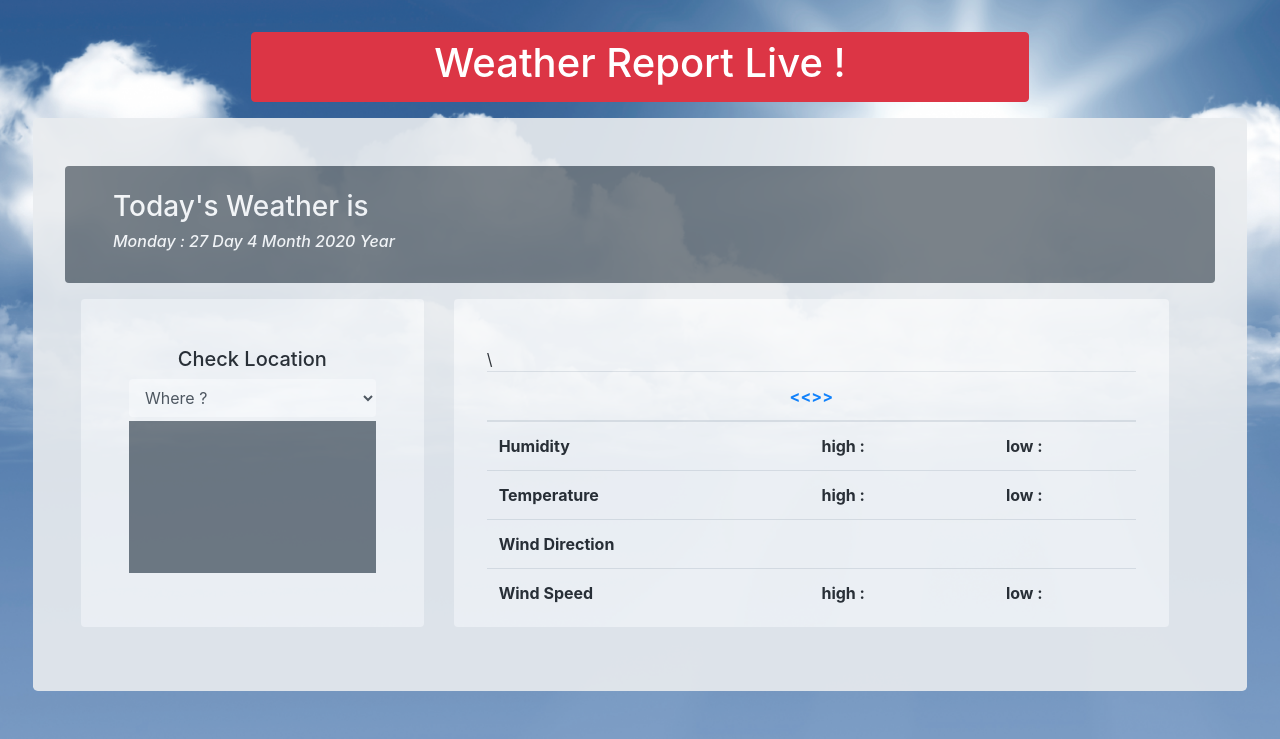
Repository: Code-Institute-Submissions/projectchen88-weatherForecast
Page: index.html
The author's editor kept a record of every edit. The page is drawn from the files as they stood at one moment, then again after the next edit.
The browser window is 1280 px wide. The pictures show the whole page.
The page's requests for data from a server got no answer.

Above is the page before.
Console error (its wording comes from the project's code and is left out).

### index.html
<!doctype html>
<html lang="en">

<head>
    <!-- Required meta tags -->
    <meta charset="utf-8">
    <meta name="viewport" content="width=device-width, initial-scale=1, shrink-to-fit=no">
    <!--AXIOS link-->
    <script src="https://unpkg.com/axios/dist/axios.min.js"></script>
    <!-- Bootstrap CSS -->
    <link rel="stylesheet" href="https://stackpath.bootstrapcdn.com/bootstrap/4.4.1/css/bootstrap.min.css" integrity="sha384-Vkoo8x4CGsO3+Hhxv8T/Q5PaXtkKtu6ug5TOeNV6gBiFeWPGFN9MuhOf23Q9Ifjh" crossorigin="anonymous">
    <!--Font Awesome-->
    <link rel="stylesheet" href="https://cdnjs.cloudflare.com/ajax/libs/font-awesome/4.7.0/css/font-awesome.min.css">
    <!--Custom CSS-->
    <link rel="stylesheet" href="styles/style.css" type="text/css" />
    <title>Hello, world!</title>
</head>

<body>
    <main id='main-page' class='container-fluid px-5 py-3'>
        <!--Header-->
        <div class="row">
            <div class="col-md-8 col-12 p-3 mx-auto">
                <span class='btn btn-danger w-100'><h1>Weather Report Live ! </h1></span>
            </div>
        </div>

        <!--Current Weather -->
        <div class="row jumbotron py-5">
            <div class="col-12 px-5 py-4 bg-secondary text-light rounded">
                <h3>Today's Weather is <span id='status'></span></h3>
                <h6 id='dateToday' class='font-italic'></h6>
            </div>
            <div id='display-section' class="col-12 p-3">
                <div class="box row">
                    <!--Check and display weather of location selected-->
                    <div class="box col-md-4 col-12 mx-auto text-center">
                        <div class="box p-5 bg-light rounded">
                            <h5>Check Location</h5>
                            <div>
                                <select class='form-control border-0' id="select">
                                    <option>Where ?</option>
                                </select>
                            </div>
                            <div class='mt-1 p-2 bg-secondary'>
                                <!--<p id='weather' class='font-bolder text-light'></p>   -->
                                <p class='p-5 bg-secondary text-light rounded font-weight-bolder' id='weather'>&nbsp</p>

                            </div>
                        </div>
                    </div>

                    <!--Display 4 days forecast-->
                    <div class="box col-md-8 col-12 mx-auto text-center">
                        <div class="box p-5 bg-light rounded">
                            <div class='display-box'>
                                <div class="row">
                                    <!--<div class="col-5">-->
                                        <!--<h5>Forecast for date :</h5>-->
                                        <!--<div class='d-flex justify-content-center'>-->
                                        <!--    <div class='d-flex'>-->
                                        <!--            <div id='next-day' class='text-primary'> << &nbsp</div>-->
                                        <!--            <h5 id='forecast-title'> </h5>-->
                                        <!--            <div id='next-day' class='text-primary'> &nbsp >> </div>-->
                                        <!--    </div>-->
                                        <!--    <div>-->
                                        <!--        <p class='p-5 bg-secondary text-light rounded font-weight-bolder' id='forecast'></p>-->
                                        <!--    </div>-->
                                        <!--</div>-->
                                        <!--<div class="col-7">-->
                                            <table class='table table-stripe '>
                                                <thead>
                                                    <tr>
                                                        <th colspan='5'>
                                                            <div class='d-flex justify-content-center'>
                                                            <div id='prev-day' class='text-primary'> << </div>
                                                            <span id='forecast-title'></span>
                                                            <div id='next-day' class='text-primary'> >> </div>
                                                            </div>
                                                        </th>
\                                                    </tr>
                                                </thead>
                                                <tbody>
                                                    <tr>
                                                        <th class='text-left'>Humidity</th>
                                                        <th>high :</th>
                                                        <td id='humidity-high'></td>
                                                        <th>low :</th>
                                                        <td id='humidity-low'></td>
                                                    </tr>
                                                    <tr>
                                                        <th class='text-left'>Temperature</th>
                                                        <th>high :</th>
                                                        <td id='temperature-high'></td>
                                                        <th>low :</th>
                                                        <td id='temperature-low'></td>
                                                    </tr>
                                                    <tr>
                                                        <th class='text-left'>Wind Direction</th>
                                                        <td id='wind-direction' colspan='4'></td>
                                                    </tr>
                                                    <tr>
                                                        <th class='text-left'>Wind Speed</th>
                                                        <th>high :</th>
                                                        <td id='wind-speed-high'></td>
                                                        <th>low :</th>
                                                        <td id='wind-speed-low'></td>
                                                    </tr>
                                                </tbody>

                                            </table>

                                        <!--</div>-->

                                    <!--</div>-->
                                </div>
                            </div>
                        </div>


                    </div>
                </div>
            </div>


    </main>


    <!-- Optional JavaScript -->
    <!-- jQuery first, then Popper.js, then Bootstrap JS -->
    <script src="https://code.jquery.com/jquery-3.4.1.js" integrity="sha256-WpOohJOqMqqyKL9FccASB9O0KwACQJpFTUBLTYOVvVU=" crossorigin="anonymous"></script>
    <script src="https://cdn.jsdelivr.net/npm/popper.js@1.16.0/dist/umd/popper.min.js" integrity="sha384-Q6E9RHvbIyZFJoft+2mJbHaEWldlvI9IOYy5n3zV9zzTtmI3UksdQRVvoxMfooAo" crossorigin="anonymous"></script>
    <script src="https://stackpath.bootstrapcdn.com/bootstrap/4.4.1/js/bootstrap.min.js" integrity="sha384-wfSDF2E50Y2D1uUdj0O3uMBJnjuUD4Ih7YwaYd1iqfktj0Uod8GCExl3Og8ifwB6" crossorigin="anonymous"></script>
    <!--Custom JS script-->
    <script type="text/javascript" src="scripts/script.js"></script>
</body>

</html>

### scripts/script.js
/*  global $ axios */

var source1 = "https://api.data.gov.sg/v1/environment/2-hour-weather-forecast"
var source2 = "https://api.data.gov.sg/v1/environment/4-day-weather-forecast"
var forecastData =[]
var tempData =[]
var option =[]
var status


//AXIO TO GET DATA FROM JSON FILE (local)
function getForecast(callback) {
  axios.get(source1)
    .then(function(response) {
      let result = response.data;
      console.log(result)
      callback(result)
    })
}
function getTemp(callback) {
  axios.get(source2)
    .then(function(response) {
      let result = response.data.items[0].forecasts;
      console.log(result)
      callback(result)
    })
}
function displayDailyForecast( day ) {
  document.getElementById("forecast-title").innerHTML="Weather Forecast for date : " +tempData[day].date
  document.getElementById("forecast").innerHTML=tempData[day].forecast
  document.getElementById("humidity-high").innerHTML=tempData[day].relative_humidity.high
  document.getElementById("humidity-low").innerHTML=tempData[day].relative_humidity.low
  document.getElementById("temperature-high").innerHTML=tempData[day].temperature.high
  document.getElementById("temperature-low").innerHTML=tempData[day].temperature.low
  document.getElementById("wind-direction").innerHTML="The wind will be blowing in the "+tempData[day].wind.direction+" direction"
  document.getElementById("wind-speed-high").innerHTML=tempData[day].wind.speed.high
  document.getElementById("wind-speed-low").innerHTML=tempData[day].wind.speed.low

}
getTemp(function(data){
  tempData = data;
  tempData.count = 0 // tracker for the day result that is displayed
  displayDailyForecast (tempData.count)
  document.getElementById("forecast").innerHTML=tempData[0].forecast
})

getForecast( function(data) {
    forecastData = data
    status = forecastData.api_info.status
    document.getElementById("status").innerHTML = status;

    let forecastsArea = forecastData.items[0].forecasts

    var select = document.getElementById("select");
    for (let item in forecastsArea) {
      var el = document.createElement("option");
      el.textContent = forecastsArea[item].area;
      el.value = forecastsArea[item].area;
      select.appendChild(el);
    }
})

$ (function () {
  // $('#prev-day').hide();

  // Set the date of today to be displayed
  var d = new Date();
  var weekday = new Array(7);
  weekday[0] = "Sunday";
  weekday[1] = "Monday";
  weekday[2] = "Tuesday";
  weekday[3] = "Wednesday";
  weekday[4] = "Thursday";
  weekday[5] = "Friday";
  weekday[6] = "Saturday";
  var strDate = weekday[d.getDay()] + " : " + d.getDate() + " Day " + (d.getMonth()+1) + " Month " + d.getFullYear() + " Year " ;
  $('#dateToday').text(strDate)

  // Detect for change in option change in selection of area and display the weather
  $('#select').change(function(){
    // displayWeather()
    let forecastsArea = forecastData.items[0].forecasts
    for (let item in forecastsArea) {
      var select = $('#select').val()
      if (select == forecastsArea[item].area)
      $('#weather').text("The weather at "+ forecastsArea[item].area +" is expected to be "+forecastsArea[item].forecast)
    }
  })

  // Detect for change to view. forecast for next day
  $('#next-day').click( function () {
    if (tempData.count < 3) {
      tempData.count ++ ;
      displayDailyForecast(tempData.count)
      if (tempData.count >= 3) {
        // $('#next-day').hide()
      }
      $('#prev-day').text('<<')
    }
    else {
      $('#next-day').text('>>|')
    }
  })

  $('#prev-day').on('click', function () {
   if (tempData.count >= 0) {
      tempData.count -- ;
      displayDailyForecast(tempData.count)
      if (tempData.count <= 0 ) {
        $('#next-day').text(">>")
      }
      $('#prev-day').text('|<<')
    }
  })
})

Loaded but not shown: styles/style.css (common file)

After the next edit:
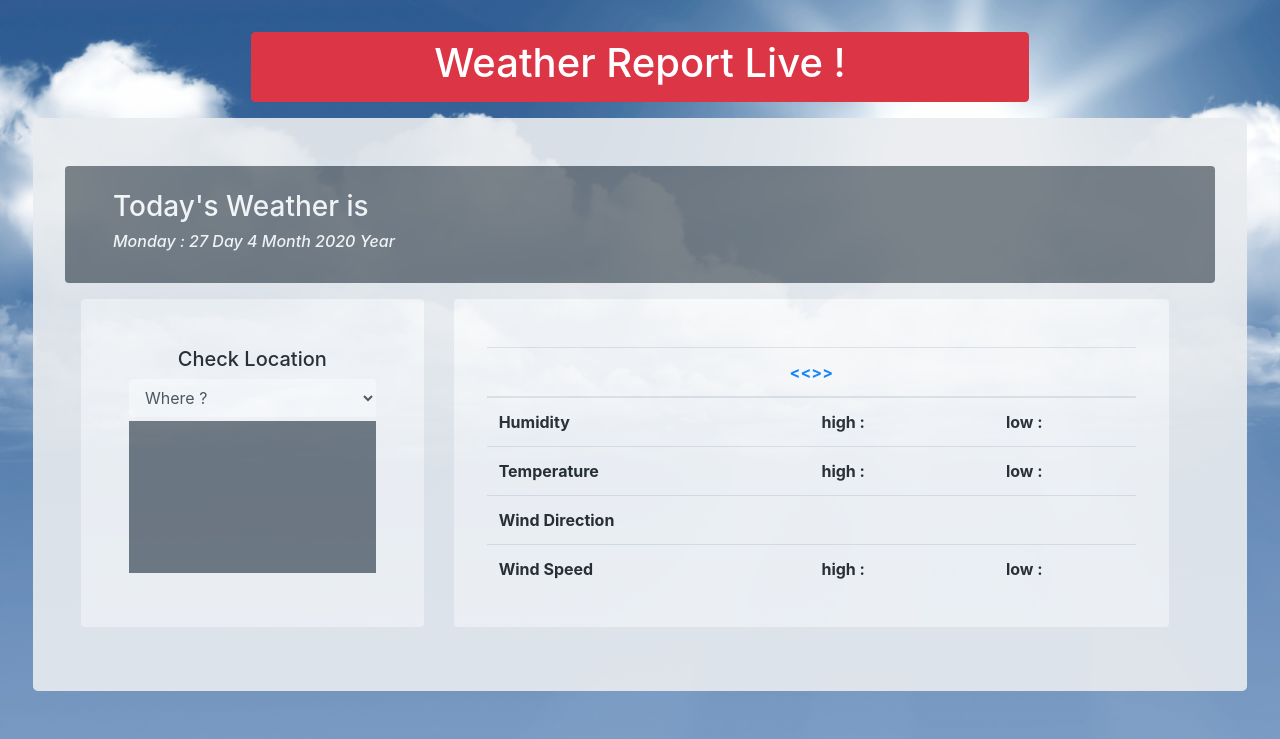
The edit:
--- a/index.html
+++ b/index.html
@@ -78,7 +78,7 @@
                                                             <div id='next-day' class='text-primary'> >> </div>
                                                             </div>
                                                         </th>
-\                                                    </tr>
+                                                    </tr>
                                                 </thead>
                                                 <tbody>
                                                     <tr>
